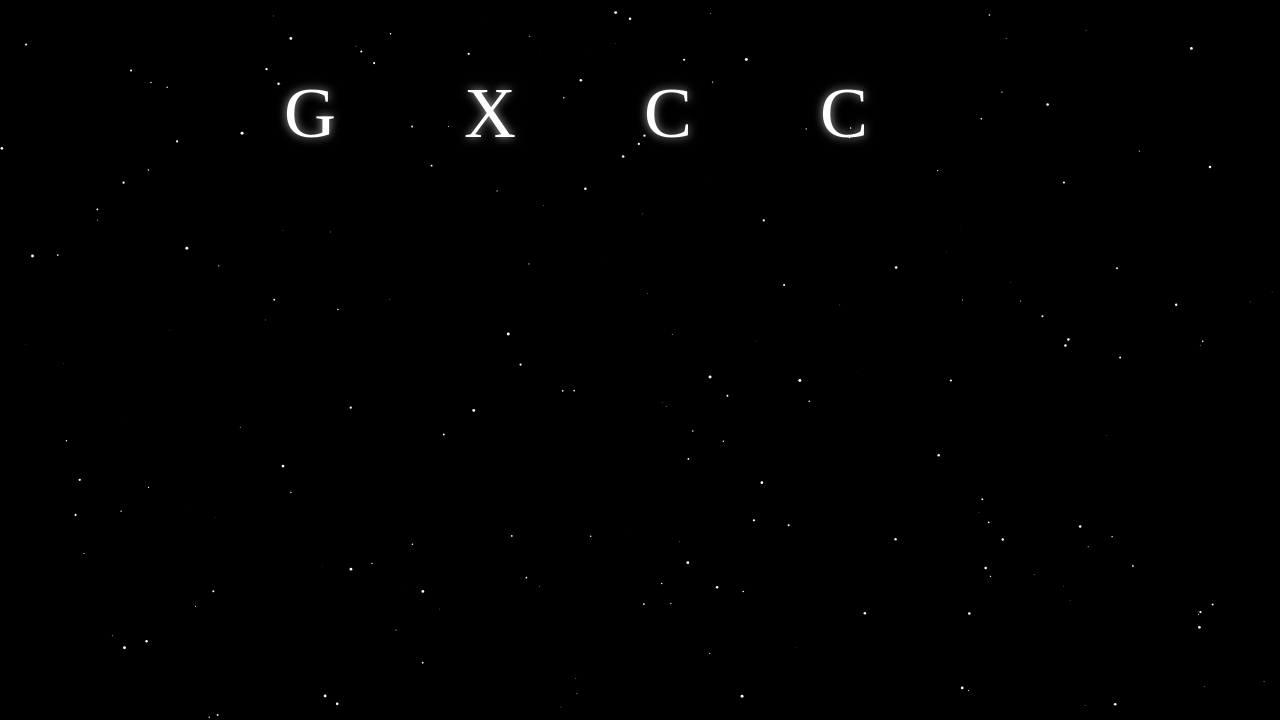
Repository: Lisu-Liso/GXCC
Page: index.html
These files come from the project's save history. The page is drawn as it stood at one moment and after the next save; the edit follows.
The browser window is 1280 px wide. The pictures show the window.
A layer covers the whole window, so only the first screen is drawn.

Above is the page before, as saved 2024-10-27 13:15:19.

After the next save:
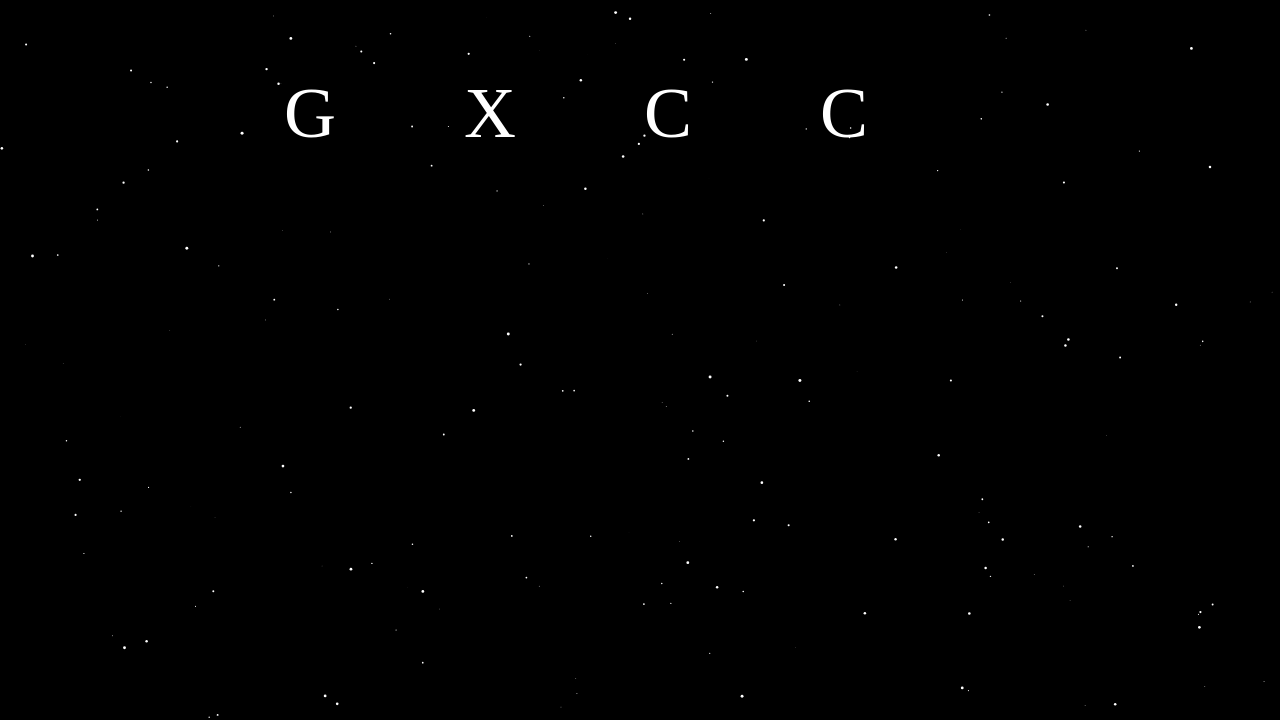
Saved 16 s later.
--- a/index.html
+++ b/index.html
@@ -258,7 +258,7 @@
                 font-size: 72px;
                 /* font-weight: bold; */
                 color: white;
-                text-shadow: 0 0 10px rgba(255, 255, 255, 0.7);
+                /* text-shadow: 0 0 10px rgba(255, 255, 255, 0.7); */
                 z-index: 10000;
                 letter-spacing: calc(100vw / 10); /* 增加字母间距 */
             }
